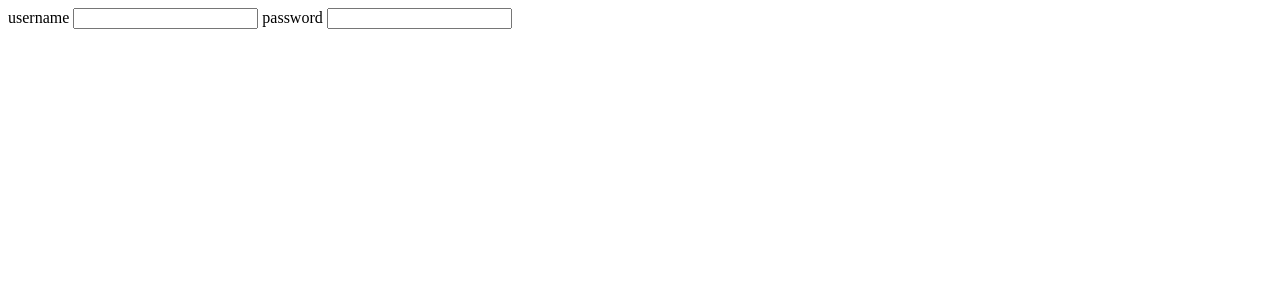
Repository: TarunSinghD/Object-Oriented-Design-Final-Project
Page: LeaveManagement/WebContent/HTML/Login.html
These files come from the project's save history. The page is drawn as it stood at one moment and after the next save; the edit follows.
The browser window is 1280 px wide. The pictures show the whole page.

Above is the page before, as saved 2018-04-13 19:21:43.

After the next save:
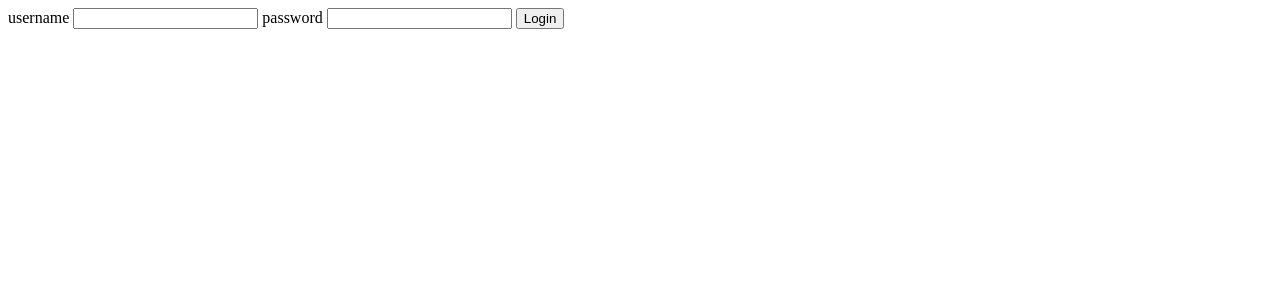
Saved 60 min 40 s later.
--- a/LeaveManagement/WebContent/HTML/Login.html
+++ b/LeaveManagement/WebContent/HTML/Login.html
@@ -8,6 +8,7 @@
 <form method = "post" action = "LoginServlet">
 username <input type = "text" name = "uname">
 password <input type = "password" name = "password">
+<button type="submit">Login</button>
 </form>
 </body>
 </html>
